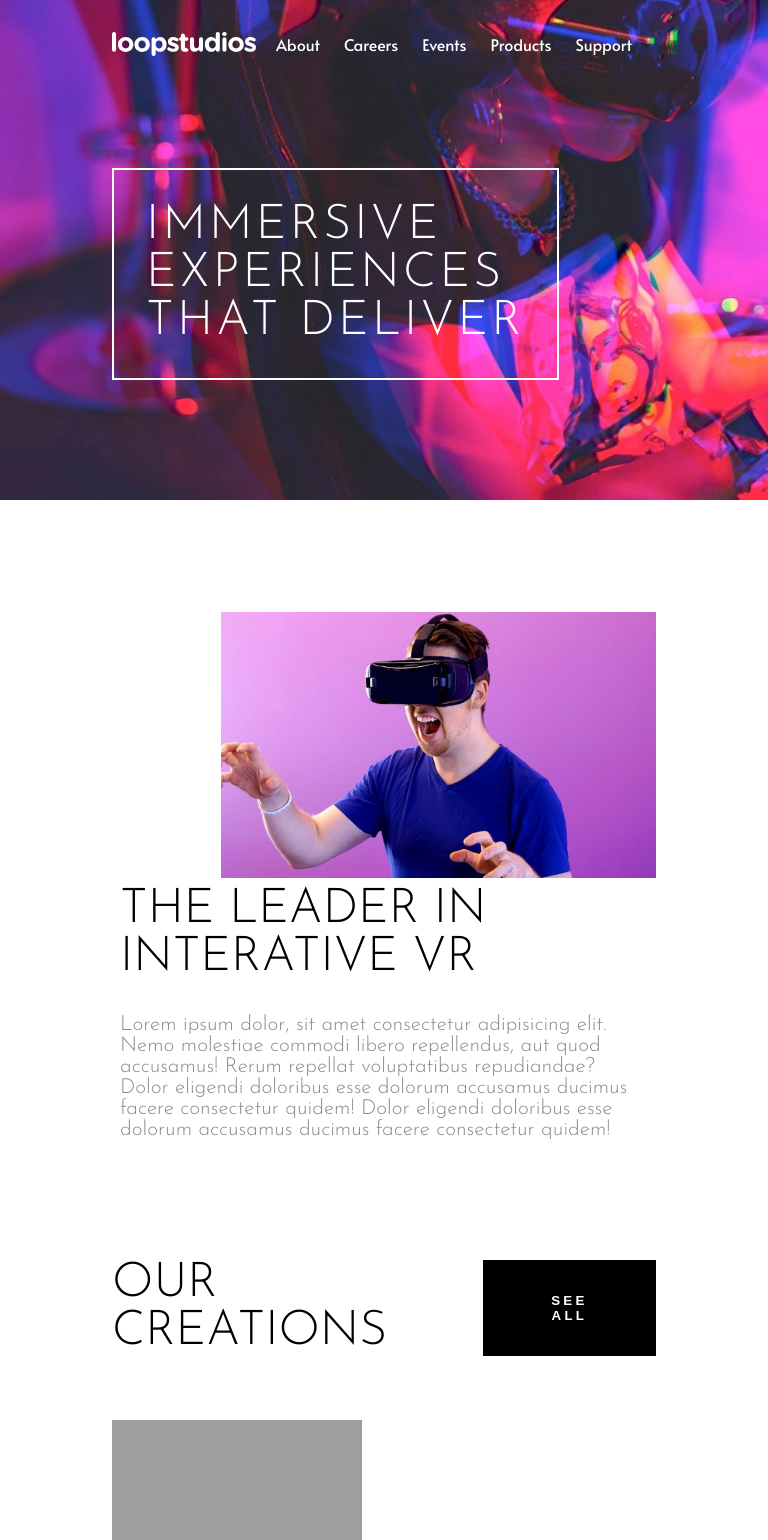
Repository: gligor99/loopstudios-fm
Page: /
These files come from the project's save history. The page is drawn as it stood at one moment and after the next save; the edit follows.
The browser window is 768 px wide. The pictures show the part of the page from y = 0 to 1540 px (the page is 6183 px tall).
Pictures or frames that could not be fetched are drawn as grey boxes. Backgrounds fixed to the window are drawn as part of the page. The project was rebuilt for these pictures with package versions that can differ from the ones it lists, and the page was loaded fresh each time.

Above is the page before, as saved 2021-11-28 22:09:48.

### src/index.css
@import url("https://fonts.googleapis.com/css2?family=Alata&family=Josefin+Sans:wght@300&display=swap");

:root {
  --clr-white: hsl(0, 0%, 100%);
  --clr-black: hsl(0, 0%, 0%);
  --clr-dark-gray: hsl(0, 0%, 55%);
  --clr-very-dark-gray: hsl(0, 0%, 41%);
}

*,
::after,
::before {
  margin: 0;
  padding: 0;
  box-sizing: border-box;
}

body {
  font-family: "Alata", sans-serif;
  background: var(--clr-light-grayish-cyan);
  color: var(--clr-grey-1);
  font-size: 1rem;
}

### src/App.jsx
import About from "./components/About/About";
import Creations from "./components/Creations/Creations";
import Footer from "./components/Footer/Footer";
import Hero from "./components/Hero/Hero";
// import Navbar from "./components/Navbar/Navbar";


function App() {
  return (
    <div className="App">
      {/* <Navbar /> */}
      <Hero />
      <About />
      <Creations />
      <Footer />
    </div>
  );
}

export default App;

### src/components/About/About.jsx
import "./about.css";
import image from "../../assets/desktop/image-interactive.jpg";

const About = () => {
  return (
    <div className="about-container">
      <img className="image-interactive" src={image} alt="interactive.jpg" />
      <div className="about-content">
        <h1 className="about-title">The leader in <br />interative VR</h1>
        <p className="about-p">
          Lorem ipsum dolor, sit amet consectetur adipisicing elit. Nemo
          molestiae commodi libero repellendus, aut quod accusamus! Rerum
          repellat voluptatibus repudiandae? Dolor eligendi doloribus esse
          dolorum accusamus ducimus facere consectetur quidem! Dolor eligendi doloribus esse
          dolorum accusamus ducimus facere consectetur quidem!
        </p>
      </div>
    </div>
  );
};

export default About;

### src/components/Creations/Creations.jsx
import './creations.css'
import data from '../../data'
import Card from '../Card/Card';

const Creations = () => {
  return <div className="creation-container">
      <div className="creation-header">
          <h1 className="creation-title">
              Our Creations
          </h1>
          <button className="creation-btn">
              See All
          </button>
      </div>
      <div className="creation-cards">
          {data.map((item) => {
              return <Card key={item.id} item={item} />
          })}
      </div>
  </div>;
};

export default Creations;

### src/components/Footer/Footer.jsx
import "./footer.css";
import logo from "../../assets/logo.svg";
import fb from "../../assets/icon-facebook.svg";
import instagram from "../../assets/icon-instagram.svg";
import pinterest from "../../assets/icon-pinterest.svg";
import twittter from "../../assets/icon-twitter.svg";

const Footer = () => {
  return (
    <div className="footer-container">
      <div className="left-content">
        <img className="logo" src={logo} alt="footerLogo.svg" />
        <ul className="links">
          <li>
            <a href="/about">About</a>
          </li>
          <li>
            <a href="/careers">Careers</a>
          </li>
          <li>
            <a href="/events">Events</a>
          </li>
          <li>
            <a href="/products">Products</a>
          </li>
          <li>
            <a href="/support">Support</a>
          </li>
        </ul>
      </div>
      <div className="right-content">
        <div className="social">
          <img className='social-icon' src={fb} alt="fbIcon.svg" />
          <img className='social-icon' src={instagram} alt="instaIcon.svg" />
          <img className='social-icon'  src={pinterest} alt="pinterestIcon.svg" />
          <img className='social-icon' src={twittter} alt="twitterIcon.svg" />
        </div>
        <p className="copy">
          &copy;
          {`  ${new Date().getFullYear()} Loopstudios | All Rights Reserved`}
        </p>
      </div>
    </div>
  );
};

export default Footer;

### src/components/Hero/Hero.jsx
import React from "react";
import Navbar from "../Navbar/Navbar";
import "./hero.css";

const Hero = () => {
  return (
      <div className="container">
        <Navbar />
        <div className="container-content">
          <h1 className="title">
            Immersive <br /> experiences <br />
            that deliver
          </h1>
        </div>
      </div>
  );
};

export default Hero;

### src/components/About/about.css
.about-container {
  display: flex;
  justify-content: center;
  align-items: flex-end;
  margin: auto;
  padding: 7rem;
}

.image-interactive {
  height: 80%;
  z-index: -1;
}
.about-content {
  background-color: var(--clr-white);
  z-index: 1;
  height: 80%;
  padding: 4rem;
  margin-left: -10rem;
}

.about-title {
  font-family: "Josefin Sans", sans-serif;
  font-weight: 100;
  font-size: 3rem;
  text-transform: uppercase;
}

.about-p {
  color: var(--clr-dark-gray);
  font-family: "Josefin Sans", sans-serif;
  font-size: 1.3rem;
  padding-top: 2rem;
}

@media only screen and (max-width: 1300px) {
  .about-content {
    padding: 1rem;
    margin-left: -10rem;
  }
}
@media only screen and (max-width: 1210px) {
  .about-content {
    padding: 1rem;
    margin-left: -10rem;
  }
}
@media only screen and (max-width: 1110px) {
  .about-content {
    padding: 0.5rem;
    margin-left: -15rem;
  }
}
@media only screen and (max-width: 850px) {
  .about-container {
    flex-direction: column;
  }
  .image-interactive {
    width: 80%;
  }
  .about-content{
    margin-top: -2rem;
    width: 100%;
  }
}

### src/components/Creations/creations.css
.creation-header {
  display: flex;
  flex-direction: row;
  justify-content: space-between;
  padding-left: 7rem;
  padding-right: 7rem;
  padding-bottom: 2rem;
}

.creation-title {
  font-family: "Josefin Sans", sans-serif;
  font-size: 3rem;
  text-transform: uppercase;
  font-weight: 100;
}

.creation-btn {
  border: none;
  background-color: var(--clr-black);
  border: 2px solid black;
  color: var(--clr-white);
  text-transform: uppercase;
  padding: 0 3rem 0 3rem;
  cursor: pointer;
  font-weight: 700;
  letter-spacing: 0.2rem;
  transition: 0.2s ease-in;
}
.creation-btn:hover {
  background-color: var(--clr-white);
  color: var(--clr-black);
  border: 2px solid black;
}

.creation-cards {
  padding: 0 5rem 0 5rem;
  display: flex;
  justify-content: space-between;
  flex-wrap: wrap;
  width: 100%;
}

### src/data.js
const data = [
  {
    id: 1,
    title: "Deep Earth",
    img: "https://i.ibb.co/mtd0XJx/image-deep-earth.jpg",
  },
  {
    id: 2,
    title: "Night  Arcade",
    img: "https://i.ibb.co/5Wcqskt/image-night-arcade.jpg",
  },
  {
    id: 3,
    title: "Soccer Team VR",
    img: "https://i.ibb.co/fFDbQDR/image-soccer-team.jpg",
  },
  {
    id: 4,
    title: "The Grid",
    img: "https://i.ibb.co/r59dNbs/image-grid.jpg",
  },
  {
    id: 5,
    title: "From up Above VR",
    img: "https://i.ibb.co/PYK37pW/image-from-above.jpg",
  },
  {
    id: 6,
    title: "Pocket Borealis",
    img: "https://i.ibb.co/9hsnGFt/image-pocket-borealis.jpg",
  },
  {
    id: 7,
    title: "The curiosity",
    img: "https://i.ibb.co/fQZHkXQ/image-curiosity.jpg",
  },
  {
    id: 8,
    title: "Make it fisheye",
    img: "https://i.ibb.co/D506TGt/image-fisheye.jpg",
  },
];

export default data;

### src/components/Card/Card.jsx
import "./card.css";

const Card = ({ item }) => {
  return (
    <div
      className="card-container"
      style={{
        backgroundImage: `url(${item.img})`,
        backgroundRepeat: "no-repeat",
        height: "500px",
        width: '250px'
      }}
    >
      <h4 className="card-title">{item.title}</h4>
    </div>
  );
};

export default Card;

### src/components/Footer/footer.css
.footer-container {
  background-color: var(--clr-black);
  padding: 3rem 7rem 3rem 7rem;
  display: flex;
  justify-content: space-between;
  align-items: center;
}
.copy {
  color: var(--clr-dark-gray);
  font-family: "Josefin Sans", sans-serif;
  font-size: 1.1rem;
  font-weight: 700;
}

.links {
  padding-top: 2rem;
}

.right-content {
  display: flex;
  flex-direction: column;
  justify-content: flex-end;
}

.social {
  padding-bottom: 2rem;
  text-decoration: none;
  display: flex;
  justify-content: flex-end;
}
.social-icon {
  padding-left: 2rem;
}

@media only screen and (max-width: 850px) {
  .footer-container {
    flex-direction: column;
    justify-content: center;
  }

  .social {
    padding-top: 2rem;
    justify-content: center;
  }
  .copy{
    text-align: center;
  }
}

### src/components/Navbar/Navbar.jsx
import logo from "../../assets/logo.svg";
import "./navbar.css";

const Navbar = () => {
  return (
    <div className="wrapper">
      <img src={logo} alt="logo.svg" />
      <ul>
        <li>
          <a href="/about">About</a>
        </li>
        <li>
          <a href="/careers">Careers</a>
        </li>
        <li>
          <a href="/events">Events</a>
        </li>
        <li>
          <a href="/products">Products</a>
        </li>
        <li>
          <a href="/support">Support</a>
        </li>
      </ul>
    </div>
  );
};

export default Navbar;

### src/components/Hero/hero.css
.container {
  background: url("../../assets/desktop/image-hero.jpg");
  background-repeat: no-repeat;
  background-attachment: fixed;
  background-size: cover;
  height: 500px;
}
.container-content {
  display: flex;
  margin-top: 5rem;
  margin-left: 7rem;
}

.title {
  border: 2px solid var(--clr-white);
  padding: 2rem;
  text-transform: uppercase;
  font-family: "Josefin Sans", sans-serif;
  font-size: 3rem;
  font-weight: 100;
  letter-spacing: 0.2rem;
  color: white;
}

### src/components/Card/card.css
.card-container {
  position: relative;
  margin: 2rem;
  transition: 0.2s ease-in;
  cursor: pointer;
}

.card-container:hover {
  opacity: 50%;
  color: var(--clr-black);
}

.card-title {
  position: absolute;
  bottom: 3rem;
  text-transform: uppercase;
  font-family: "Josefin Sans", sans-serif;
  font-weight: 100;
  font-size: 2rem;
  color: var(--clr-white);
  padding: 2rem;
  width: 100%;
}

### src/components/Navbar/navbar.css
.wrapper {
  display: flex;
  flex-direction: row;
  justify-content: space-between;
  align-items: center;
  margin: auto;
  padding: 2rem 7rem 2rem 7rem;
  background-color: transparent;
}
img {
  height: 1.5rem;
}
ul {
  display: flex;
  flex-wrap: nowrap;
  justify-content: space-evenly;
}
li {
  list-style-type: none;
  padding-right: 1.5rem;
}
a {
  position: relative;
  display: inline-block;
  text-decoration: none;
  color: var(--clr-white);
}
a:after {
  content: "";
  position: absolute;
  left: 0;
  top: 100%;
  width: 0;
  height: 1.8px;
  background-color: var(--clr-white);
  transition: width 0.2s ease-in-out;
}
a:hover:after {
  width: 100%;
}

Loaded but not shown: public/index.html (common file); src/index.jsx (common file)

After the next save:
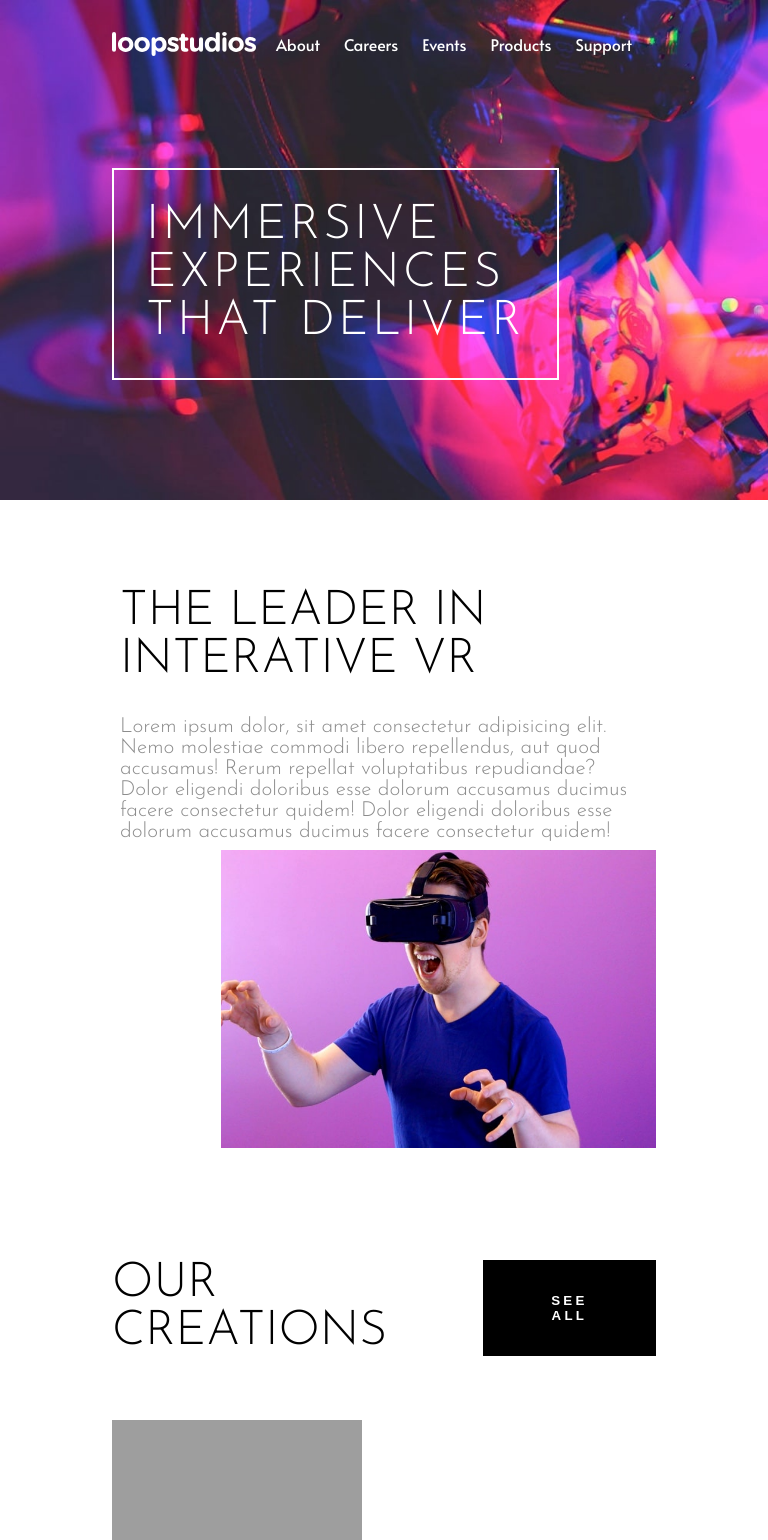
Saved 19 s later.
--- a/src/components/About/about.css
+++ b/src/components/About/about.css
@@ -56,6 +56,7 @@
   }
   .image-interactive {
     width: 80%;
+    order: 2;
   }
   .about-content{
     margin-top: -2rem;
